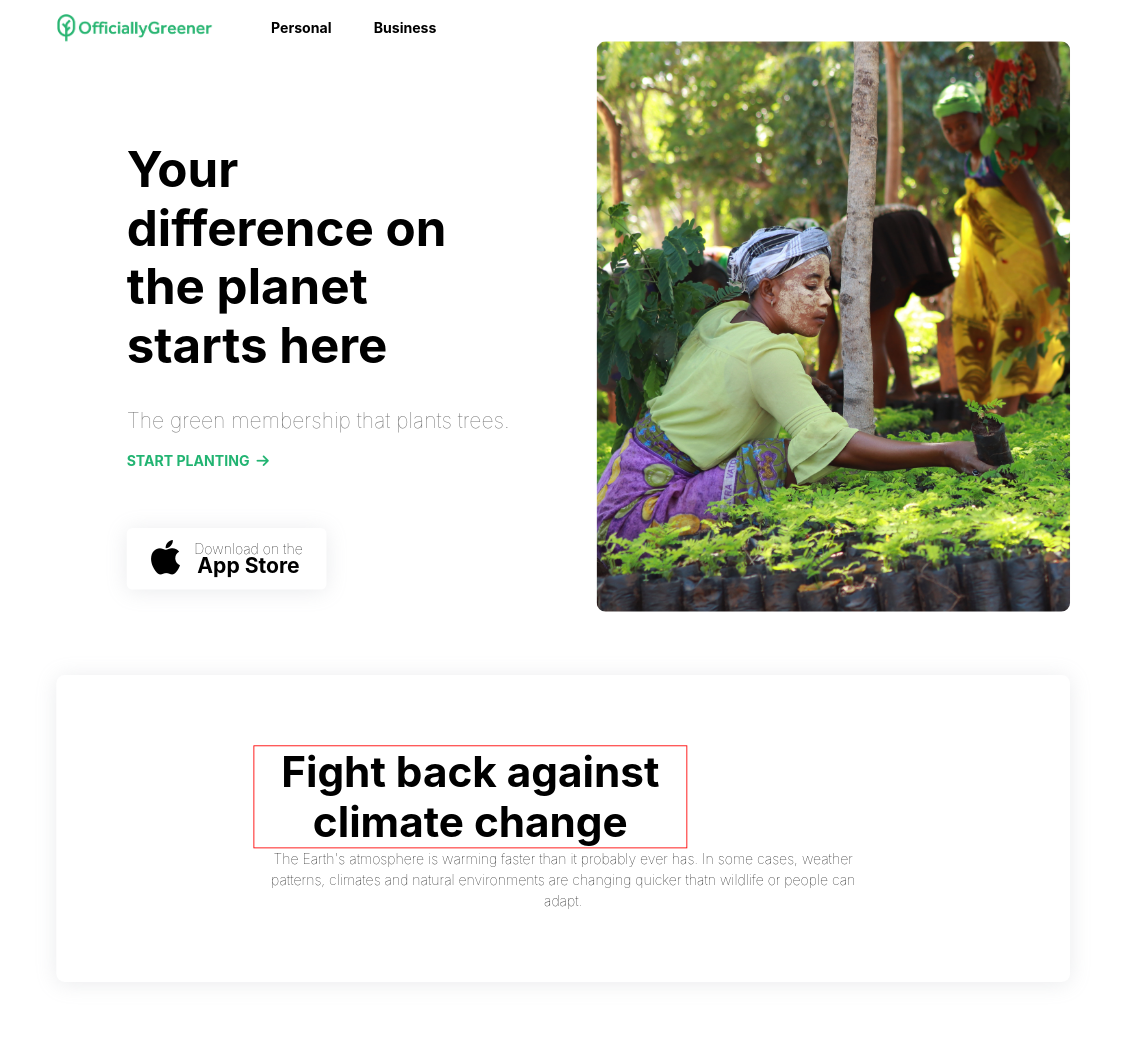
Repository: Sinkycode/Officially-Greener-v2
Page: index.html
An editor plug-in stored every save of this project. The page is shown before and after the next save, followed by the edit.
The browser window is 1280 px wide. The pictures show the whole page, at 88% of full size.
Some web libraries are served in a nearby version.

Above is the page before, as saved 2023-03-08 16:44:30.

### index.html
<!DOCTYPE html>
<html lang="en">
<head>
  <meta charset="UTF-8">
  <meta http-equiv="X-UA-Compatible" content="IE=edge">
  <meta name="viewport" content="width=device-width, initial-scale=1.0">
  <link rel="stylesheet" href="https://cdnjs.cloudflare.com/ajax/libs/font-awesome/6.3.0/css/all.min.css" integrity="sha512-SzlrxWUlpfuzQ+pcUCosxcglQRNAq/DZjVsC0lE40xsADsfeQoEypE+enwcOiGjk/bSuGGKHEyjSoQ1zVisanQ==" crossorigin="anonymous" referrerpolicy="no-referrer" />

  <link rel="stylesheet" href="style.css">
  <title>Officially Greener</title>
</head>
<body>
  <header>
    <div class="mobile">
      <img src="Logo/Officially Greener Transparent background.png" alt="" class="primary-logo logo">
      <i class="fa-sharp fa-solid fa-bars"></i>
    </div>

    <div class="desktop">
      <img src="Logo/Officially Greener Transparent background.png" alt="" class="primary-logo logo">
      <ul class="primary-nav">
        <li><a href="http://">Personal</a></li>
        <li><a href="http://">Business</a></li>
      </ul>
    </div>

  </header>

  <section id="landing-page">
   <div class="container">
    <div class="landing-page__image">
      <img src="Images/Magagascar.jpg" alt="">
    </div>
    <div class="landing-page__context">
     <div class="texts">
      <h1 class="biggest-txt">Your difference on the planet starts here</h1>
      <p class="gray-para">The green membership that plants trees.</p>
      <a href="#" class="simple-link">Start planting<i class="fa-sharp fa-solid fa-arrow-right"></i></a>
     </div>
     <button class="apple-btn btn">
      <i class="fa-brands fa-apple"></i>
      <div class="wrap">
        <p>Download on the</p>
        <h1>App Store</h1>
      </div>
     </button>
    </div>
   </div>
  </section>

  <section id="note">
    <div class="container">
      <h1 class="bigger-txt">Fight back against climate change</h1>
      <p class="black-para">The Earth's atmosphere is warming faster than it probably ever has. In some cases, weather patterns, climates and natural environments are changing quicker thatn wildlife or people can adapt.</p>
    </div>
  </section>

  <section id="personal"></section>
</body>
</html>

### style.css
:root {
  --neutral-100: hsl(0, 0%, 100%);
  --neutral-200: hsl(0, 0%, 80%);
  --neutral-400: hsl(0, 0%, 40%);
  --neutral-600: hsl(0, 0%, 20%);
  --neutral-800: hsl(0, 0%, 0%);

  --accent: hsl(153, 68%, 42%);

  --txt-size-200: .8rem;
  --txt-size-400: 1rem;
  --txt-size-500: 2rem;
  --txt-size-600: 3rem;
  --txt-size-800: 3.5rem;

  --box-radius-sm: .2rem;
  --box-radius-rg: .4rem;
  --box-radius-lx: .6rem;
  --box-shadow:rgba(149, 157, 165, 0.2) 0px 2px 24px;

  --gray-para: var(--neutral-400);

}

*, *::after, *::before {
  box-sizing: border-box;
  margin: 0;
  padding: 0;
}

html, body {
  font-family: -apple-system, BlinkMacSystemFont, Segoe UI, Roboto, Oxygen, Ubuntu, Cantarell, Fira Sans, Droid Sans, Helvetica Neue, sans-serif;
  scroll-behavior: smooth;
  overflow-x: hidden;
}

body {
  line-height: 1.5;
  font-size: 16px;
}

/* CUSTOMIZATION */
img {
  max-width: 100%;
  display: block;
}

button, input {
  outline: none;
  border: none;
  /* background: transparent; */
  font-family: inherit;
  font-size: inherit;
  color: inherit;
}

ul, p {
  margin: 0;
  list-style: none;
  font-weight: 2

}

a {
  text-decoration: none;
  color: inherit;
  font-weight: bold;
}

h1,h2,h3 {
  margin: 0;
}

.container {
  max-width: 90%;
  margin: 0 auto;
}

.logo {
  width: clamp(180px, 1rem + 10vw, 300px);
}

.mobile {
  display: none;
}

.desktop {
  display: flex;
  align-items: center;
  gap: 4rem;
  padding-top: 1rem;
  padding-inline-start: 4rem;
  width: 50%;
}

.primary-nav {
  display: flex;
  gap: 3rem;
}

.biggest-txt {
  font-size: var(--txt-size-800);
  line-height: 1.2;
}

.bigger-txt {
  font-size: var(--txt-size-600);
  line-height: 1.2;
}

.gray-para {
  color: var(--gray-para);
}

.btn {
  color: var(--neutral-800);
  background-color: rgb(255, 255, 255);
  padding: .8rem 1.7rem;
  border-radius: var(--box-radius-rg);
  box-shadow: var(--box-shadow);
  cursor: pointer;
}

/* ========= landign page ========= */
#landing-page {
  /* border: 3px solid black; */
  height: 100vh;
}

#landing-page .container {
  display: flex;
  gap: 1rem;
  height: 100%;
  /* border: 1px solid red; */
}

@media (max-width: 1000px) {
  #landing-page .container {
    display: block;
  }
}

@media (min-width: 768px) {
  .landing-page__context {
    order: 1;
    margin-left: 5rem;
    margin-top: 7rem;
  }

  .landing-page__image {
    order: 2;
  }
}

.landing-page__context {
  max-width: 45%;
  /* border: 1px solid red; */
}

.landing-page__context .biggest-txt {
  /* border: 1px solid red; */
  max-width: 80%;
  margin-bottom: 2rem;
}

.landing-page__context .gray-para {
  margin-block: 1rem;
  font-size: 1.5rem;
}

.landing-page__context .simple-link {
  color: var(--accent);
  text-transform: uppercase;
  display: flex;
  align-items: center;
  gap: .5rem;
  margin-bottom: 4rem;
}

.fa-apple {
  font-size: 2.8rem;
}

.apple-btn {
  display: flex;
  align-items: center;
  gap: 1rem;
}

button .wrap {
  /* border: 1px solid red; */
  line-height:1;
}

button .wrap h1{
  font-size: 1.5rem;
}

.landing-page__image {
  width: 55%;
  height: 90%;
  border-radius: 10px;
  overflow: hidden;
}

.landing-page__image img {
  height: 120%;
  object-fit: cover;
  object-position: left;
}

/* ====== Note ======== */

#note {
  padding-bottom: 5rem;
}

#note .container {
  background: var(--neutral-100);
  border-radius: var(--box-radius-lx);
  box-shadow: var(--box-shadow);
  padding-block: 5rem;
  padding-inline: 14rem;
  display: grid;
  align-items: center;
  text-align: center;
}

#note .bigger-txt {
  border: 1px solid red;
  width: 70%;
  display: flex;
  align-items: center;
}

After the next save:
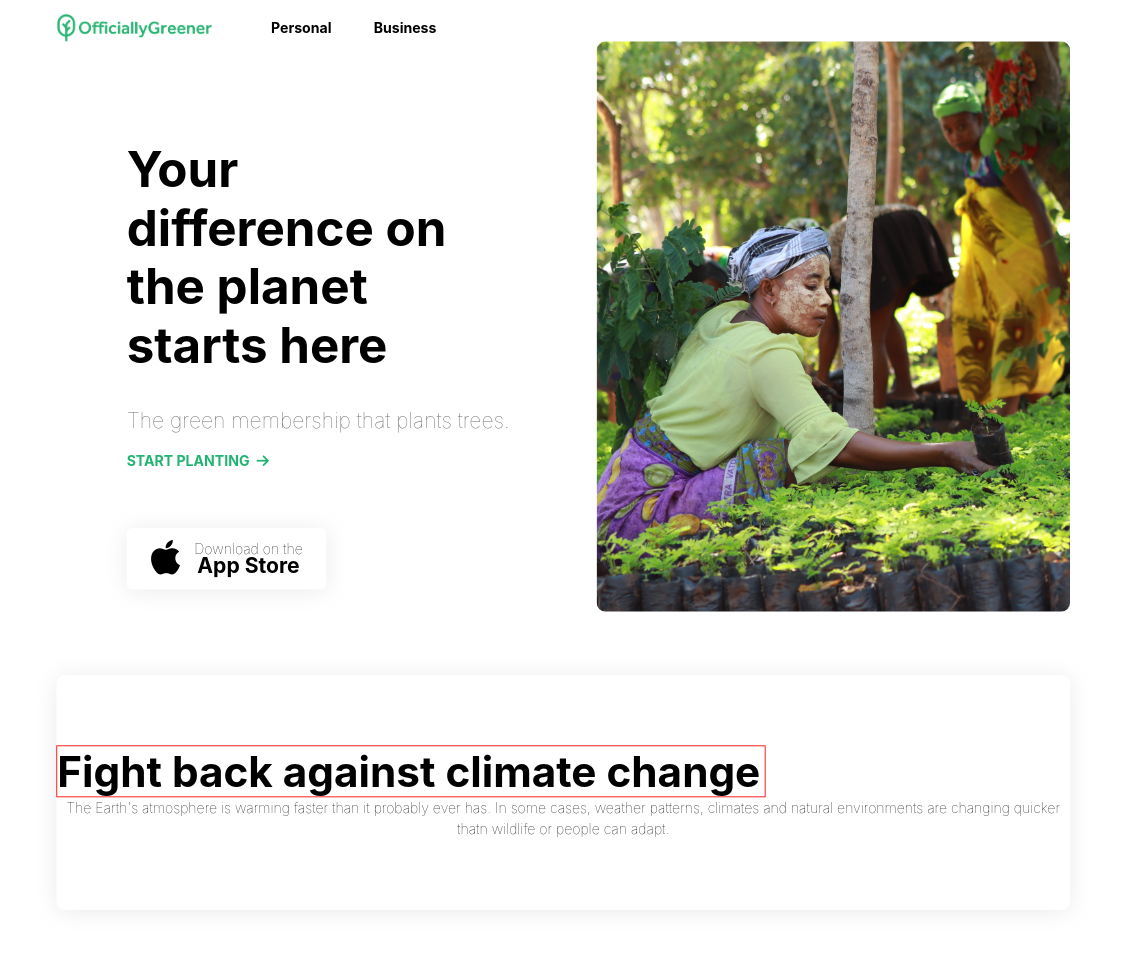
Saved 9 s later.
--- a/style.css
+++ b/style.css
@@ -220,7 +220,7 @@
   border-radius: var(--box-radius-lx);
   box-shadow: var(--box-shadow);
   padding-block: 5rem;
-  padding-inline: 14rem;
+  /* padding-inline: 14rem; */
   display: grid;
   align-items: center;
   text-align: center;
